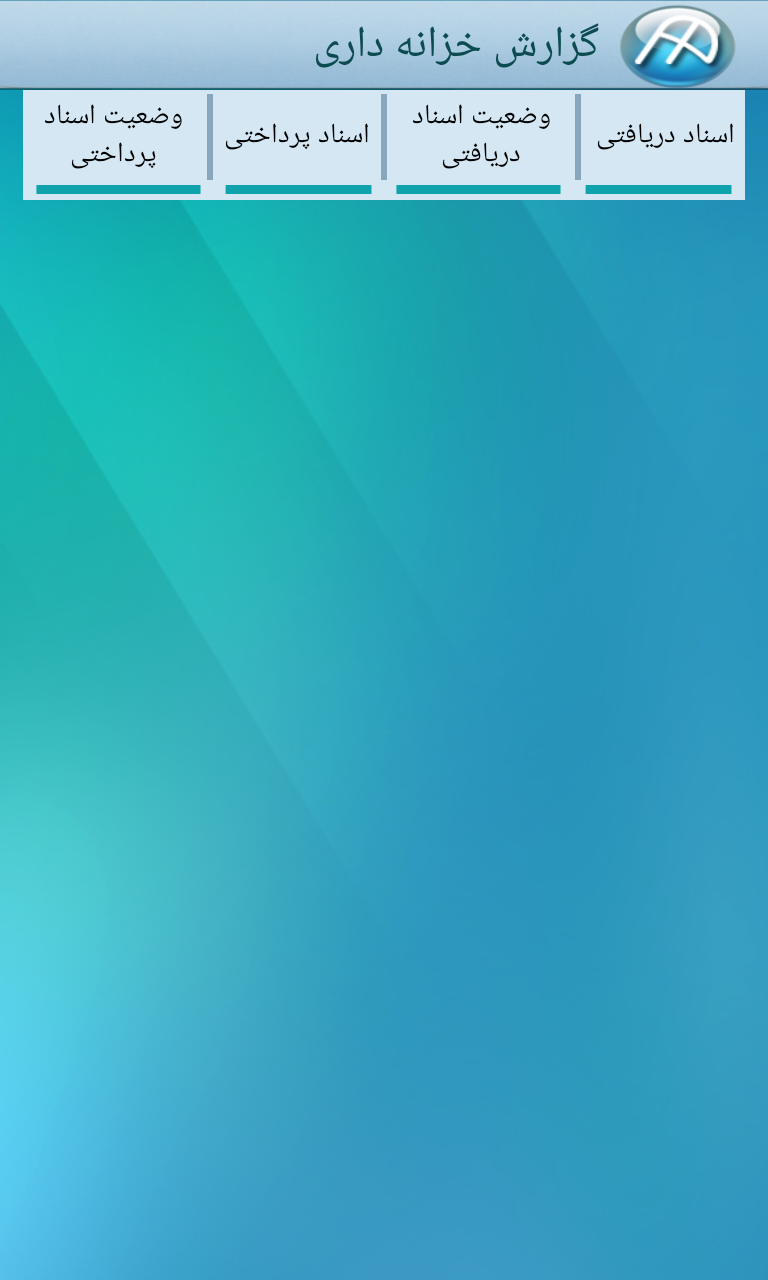
Repository: AtiehPardaz/Reports-Mobile
Layout: Reportsmobile/res/layout/activity_khazane.xml
These files come from the project's save history. The layout is drawn as it stood at one moment and after the next save; the edit follows.
It is drawn on a 768 x 1280 px phone screen (xhdpi) without system bars, with theme Theme.behzad; the app's code is not run. Lists and similar views that code fills are empty.

Above is the layout before, as saved 2015-03-14 12:56:35.

### Reportsmobile/res/layout/activity_khazane.xml
<RelativeLayout xmlns:android="http://schemas.android.com/apk/res/android"
    android:layout_width="fill_parent"
    android:layout_height="fill_parent"
    android:background="@drawable/backgroundsade" >

    <LinearLayout
        android:layout_width="match_parent"
        android:layout_height="match_parent"
        android:orientation="vertical" >

        <LinearLayout
            android:layout_width="match_parent"
            android:layout_height="45dp"
            android:background="@drawable/actionbar"
            android:gravity="right" >

            <TextView
                android:id="@+id/textView1"
                android:layout_width="wrap_content"
                android:layout_height="wrap_content"
                android:layout_gravity="center"
                android:layout_marginRight="10dp"
                android:text="گزارش خزانه داری"
                android:textAppearance="?android:attr/textAppearanceLarge"
                android:textColor="@color/blue_titleactionbar" />

            <ImageButton
                android:id="@+id/imgbtn_menu_khazane"
                android:layout_width="wrap_content"
                android:layout_height="wrap_content"
                android:layout_gravity="center"
                android:layout_marginRight="15dp"
                android:background="@drawable/homebutton"
                android:onClick="btnmenu"
                android:src="@drawable/btn_clickmenu" />
        </LinearLayout>

        <HorizontalScrollView
            android:id="@+id/horizontalScrollView1"
            android:layout_width="match_parent"
            android:layout_height="wrap_content"
            android:layout_gravity="center" >

            <LinearLayout
                android:layout_width="match_parent"
                android:layout_height="match_parent"
                android:layout_gravity="center"
                android:orientation="vertical" >

                <LinearLayout
                    android:layout_width="match_parent"
                    android:layout_height="45dp"
                    android:background="@color/blue_actionbar2color"
                    android:gravity="center"
                    android:orientation="horizontal" >

                    <Button
                        android:id="@+id/tabbtn_vaziatasnadpardakhti_khazane"
                        android:layout_width="90dp"
                        android:layout_height="wrap_content"
                        android:background="@color/blue_actionbar2color"
                        android:text="وضعیت اسناد پرداختی"
                        android:textSize="14sp" />

                    <View
                        android:id="@+id/View02"
                        android:layout_width="3dp"
                        android:layout_height="50dp"
                        android:layout_gravity="top"
                        android:layout_margin="2dp"
                        android:background="#88a6bd" />

                    <Button
                        android:id="@+id/tabbtn_asnadpardakhti_khazane"
                        android:layout_width="80dp"
                        android:layout_height="wrap_content"
                        android:background="@color/blue_actionbar2color"
                        android:text="اسناد پرداختی"
                        android:textSize="14sp" />

                    <View
                        android:id="@+id/View012"
                        android:layout_width="3dp"
                        android:layout_height="50dp"
                        android:layout_gravity="top"
                        android:layout_margin="2dp"
                        android:background="#88a6bd" />

                    <Button
                        android:id="@+id/tabbtn_vaziatasnaddaryafti_khazane"
                        android:layout_width="90dp"
                        android:layout_height="40dp"
                        android:background="@color/blue_actionbar2color"
                        android:text="وضعیت اسناد دریافتی"
                        android:textSize="14sp" />

                    <View
                        android:id="@+id/View03"
                        android:layout_width="3dp"
                        android:layout_height="50dp"
                        android:layout_gravity="top"
                        android:layout_margin="2dp"
                        android:background="#88a6bd" />

                    <Button
                        android:id="@+id/tabbtn_asnaddaryafti_khazane"
                        android:layout_width="80dp"
                        android:layout_height="wrap_content"
                        android:background="@color/blue_actionbar2color"
                        android:text="اسناد دریافتی"
                        android:textSize="14sp" />
                </LinearLayout>

                <LinearLayout
                    android:layout_width="match_parent"
                    android:layout_height="10dp"
                    android:background="@color/blue_actionbar2color"
                    android:gravity="center" >

                    <ImageButton
                        android:id="@+id/imgbtn_underline_vaziatasnadpardakhti_khazane"
                        android:layout_width="90dp"
                        android:layout_height="wrap_content"
                        android:layout_marginRight="5dp"
                        android:background="@drawable/underline" />

                    <ImageButton
                        android:id="@+id/imgbtn_underline_asnadpardakhti_khazane"
                        android:layout_width="80dp"
                        android:layout_height="wrap_content"
                        android:layout_marginRight="5dp"
                        android:background="@drawable/underline" />

                    <ImageButton
                        android:id="@+id/imgbtn_underline_vaziatasnaddaryafti_khazane"
                        android:layout_width="90dp"
                        android:layout_height="wrap_content"
                        android:layout_marginRight="5dp"
                        android:background="@drawable/underline" />

                    <ImageButton
                        android:id="@+id/imgbtn_underline_asnaddaryafti_khazane"
                        android:layout_width="80dp"
                        android:layout_height="wrap_content"
                        android:background="@drawable/underline" />
                </LinearLayout>
            </LinearLayout>

        </HorizontalScrollView>

        <LinearLayout
            android:layout_width="match_parent"
            android:layout_height="wrap_content"
            android:orientation="vertical" >

            <android.support.v4.view.ViewPager
                android:id="@+id/pagerkhazane"
                android:layout_width="match_parent"
                android:layout_height="match_parent" >
            </android.support.v4.view.ViewPager>
        </LinearLayout>
    </LinearLayout>

    <LinearLayout
        android:id="@+id/linearmenu_khazane"
        android:layout_width="match_parent"
        android:layout_height="match_parent"
        android:background="@drawable/backmenutransparent"
        android:gravity="right"
        android:visibility="gone" >

        <LinearLayout
            android:layout_width="wrap_content"
            android:layout_height="wrap_content"
            android:layout_gravity="center|top"
            android:layout_marginRight="2dp"
            android:layout_marginTop="55dp"
            android:background="@drawable/menubackground"
            android:gravity="right|center"
            android:orientation="vertical" >

            <ImageButton
                android:id="@+id/imgbtn_forosh_khazane"
                android:layout_width="wrap_content"
                android:layout_height="wrap_content"
                android:layout_marginTop="5dp"
                android:background="@drawable/btnforosh"
                android:src="@drawable/btn_click" />

            <ImageButton
                android:id="@+id/imgbtn_khazane_khazane"
                android:layout_width="wrap_content"
                android:layout_height="wrap_content"
                android:background="@drawable/btnkhazane"
                android:src="@drawable/btn_click" />

            <ImageButton
                android:id="@+id/imgbtn_hesabdari_khazane"
                android:layout_width="wrap_content"
                android:layout_height="wrap_content"
                android:background="@drawable/btnhesabdari"
                android:src="@drawable/btn_click" />

            <ImageButton
                android:id="@+id/imgbtn_kala_khazane"
                android:layout_width="wrap_content"
                android:layout_height="wrap_content"
                android:background="@drawable/btnkala"
                android:src="@drawable/btn_click" />

            <ImageButton
                android:id="@+id/imgbtn_domain_khazane"
                android:layout_width="wrap_content"
                android:layout_height="wrap_content"
                android:layout_marginBottom="5dp"
                android:background="@drawable/btndomain"
                android:src="@drawable/btn_click" />
        </LinearLayout>
    </LinearLayout>

</RelativeLayout>

### Reportsmobile/res/values/colors.xml
<?xml version="1.0" encoding="utf-8"?>
<resources>

    <color name="first_row_text_color">#000000</color>
    <color name="holidays_text_color">#FF0000</color>
    <color name="first_row_background_color">#DDDDDD</color>

    <!-- solely used on QiblaCompassView -->
    <color name="background_color">#6E97B9</color>
    <color name="marker_color">#FFFFFF</color>
    <color name="text_color">#000000</color>
    <color name="bg_action_green">#3BB18E</color>
    <color name="bg_action_gray"> #dddddd</color>
    <color name="white_color"> #ffffff</color>
    <color name="blue_titlecolor"> #293897</color>
     <color name="blue_actionbar2color"> #d4e7f3</color>
     <color name="blue_titleactionbar"> #0c4c51</color>



</resources>

### Reportsmobile/res/drawable/btn_clickmenu.xml
<selector xmlns:android="http://schemas.android.com/apk/res/android">
<item android:state_focused="true" android:drawable="@drawable/homebtnclick"/>
<item android:state_pressed="true" android:drawable="@drawable/homebtnclick" />
<item android:state_selected="true" android:drawable="@drawable/homebtnclick" />


</selector>

### Reportsmobile/res/drawable/btn_click.xml
<selector xmlns:android="http://schemas.android.com/apk/res/android">
<item android:state_focused="true" android:drawable="@drawable/btnclick"/>
<item android:state_pressed="true" android:drawable="@drawable/btnclick" />

</selector>

Loaded but not shown: Reportsmobile/res/values/styles.xml (common file)

After the next save:
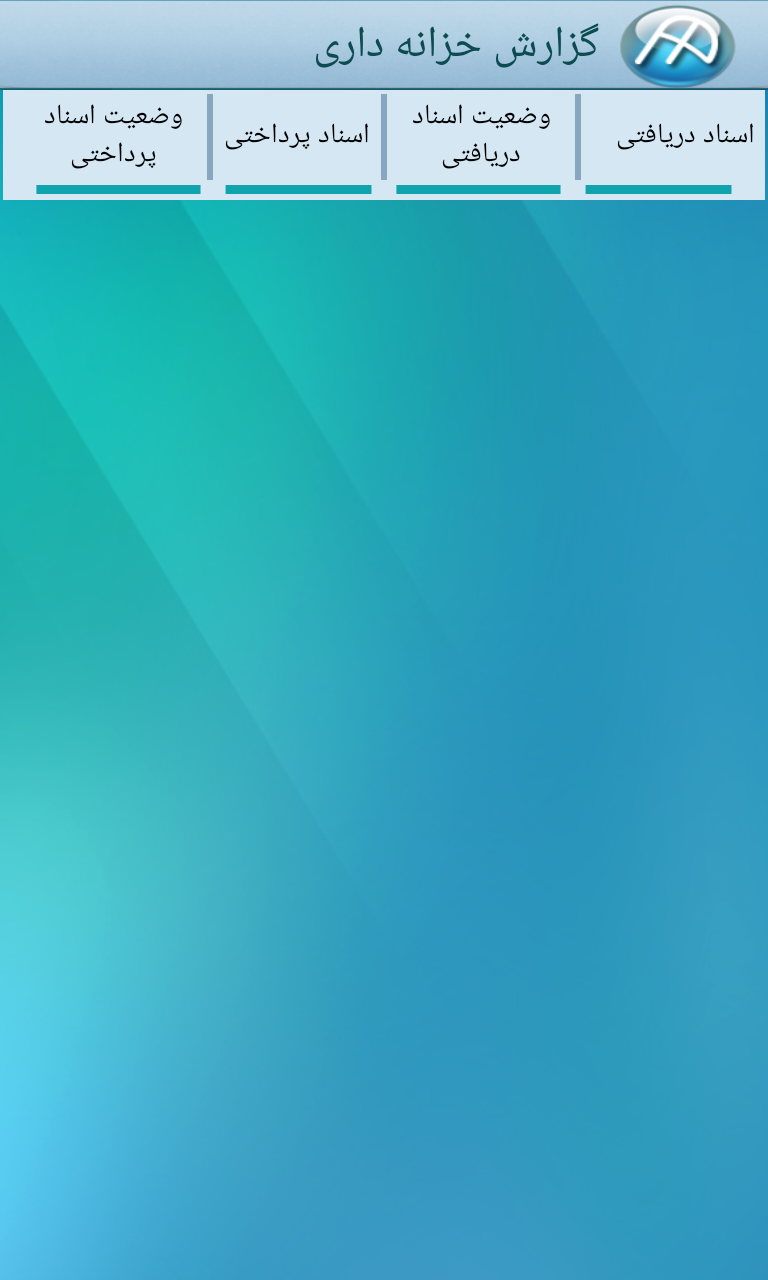
Saved 117 s later.
--- a/Reportsmobile/res/layout/activity_khazane.xml
+++ b/Reportsmobile/res/layout/activity_khazane.xml
@@ -58,6 +58,7 @@
                         android:id="@+id/tabbtn_vaziatasnadpardakhti_khazane"
                         android:layout_width="90dp"
                         android:layout_height="wrap_content"
+                        android:layout_marginLeft="10dp"
                         android:background="@color/blue_actionbar2color"
                         android:text="وضعیت اسناد پرداختی"
                         android:textSize="14sp" />
@@ -106,9 +107,11 @@
                         android:id="@+id/tabbtn_asnaddaryafti_khazane"
                         android:layout_width="80dp"
                         android:layout_height="wrap_content"
+                        android:layout_marginLeft="10dp"
                         android:background="@color/blue_actionbar2color"
                         android:text="اسناد دریافتی"
                         android:textSize="14sp" />
+
                 </LinearLayout>
 
                 <LinearLayout
